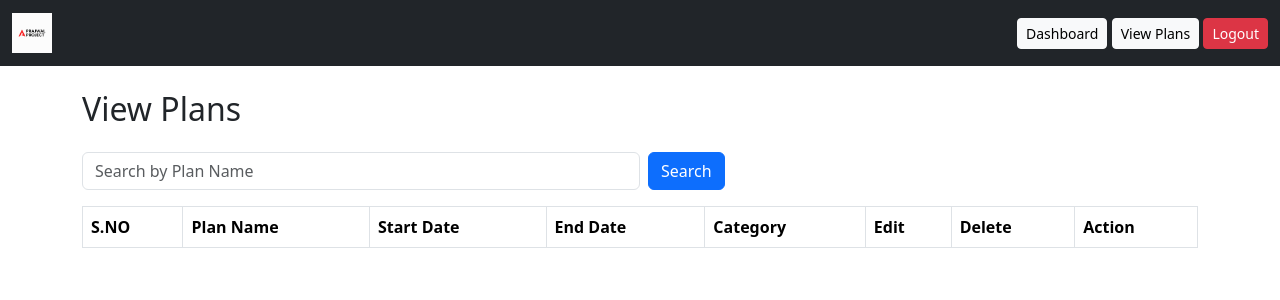
Repository: PRAJWALSINKAR/Spring_boot_Major_Projects
Page: http://localhost/view-plan
The author's editor kept a copy of each file at every save. The page is drawn from the files as they stood at one save, then again after the next save.
The browser window is 1280 px wide. The pictures show the whole page.
The page is this project's Thymeleaf template; nobody is signed in. The template is opened directly, without the code that normally fills it, so the values that code supplies are empty.

Above is the page before, as saved 2025-08-06 18:22:22.

### IES-Integrated_Eligibility_system/src/main/resources/templates/view-plan.html
<!DOCTYPE html>
<html xmlns:th="http://www.thymeleaf.org">
<head>
    <title>View Plans</title>
    <link rel="stylesheet" href="https://cdn.jsdelivr.net/npm/bootstrap@5.3.2/dist/css/bootstrap.min.css"/>
    <style>
        .navbar-custom {
            background-color: #343a40;
        }
        .navbar-brand img {
            height: 40px;
        }
    </style>
</head>
<body>
<nav class="navbar navbar-expand-lg navbar-dark bg-dark">
    <div class="container-fluid">
        <a class="navbar-brand" href="#">
            <img th:src="@{/images/myName-Logo.png}" alt="Logo" width="40" height="40"/>
        </a>
        <div class="ms-auto">
            <a href="/dashboard" class="btn btn-light btn-sm">Dashboard</a>
            <a href="/plan/view" class="btn btn-light btn-sm">View Plans</a>
            <a href="/logout" class="btn btn-danger btn-sm">Logout</a>
        </div>
    </div>
</nav>

<div class="container mt-4">
    <h2 class="mb-4">View Plans</h2>

    <!-- Search -->
    <form method="get" th:action="@{/plan/view}" class="mb-3 d-flex">
        <input type="text" name="name" th:value="${searchName}" class="form-control w-50 me-2" placeholder="Search by Plan Name"/>
        <button type="submit" class="btn btn-primary">Search</button>
    </form>

    <!-- Plan Table -->
    <table class="table table-bordered table-striped">
        <thead>
        <tr>
            <th>S.NO</th>
            <th>Plan Name</th>
            <th>Start Date</th>
            <th>End Date</th>
            <th>Category</th>
            <th>Edit</th>
            <th>Delete</th>
            <th>Action</th>
        </tr>
        </thead>
        <tbody>
        <tr th:each="plan, stat : ${plans}">
            <td th:text="${stat.count}">1</td>
            <td th:text="${plan.planName}">Plan Name</td>

            <td>
                <span th:if="${plan.planStartDate != null}" th:text="${#temporals.format(plan.planStartDate, 'dd-MM-yyyy')}"></span>
                <span th:if="${plan.planStartDate == null}">N/A</span>
            </td>
            <td>
                <span th:if="${plan.planEndDate != null}" th:text="${#temporals.format(plan.planEndDate, 'dd-MM-yyyy')}"></span>
                <span th:if="${plan.planEndDate == null}">N/A</span>
            </td>
            <td th:text="${plan.planCategory}">Category</td>

            <td>
                <a th:href="@{'/plan/edit/' + ${plan.id}}" class="btn btn-primary btn-sm">✏️</a>
            </td>
            <td>
                <a th:href="@{'/plan/delete/' + ${plan.id}}" class="btn btn-danger btn-sm"
                   onclick="return confirm('Are you sure you want to delete this plan?');">🗑</a>
            </td>
            <td>
                <a th:if="${plan.activeSw == 'Y'}" th:href="@{'/plan/toggle-status/' + ${plan.id}}"
                   class="btn btn-danger btn-sm">❌</a>
                <a th:if="${plan.activeSw != 'Y'}" th:href="@{'/plan/toggle-status/' + ${plan.id}}"
                   class="btn btn-success btn-sm">✅</a>
            </td>
        </tr>
        </tbody>
    </table>
</div>
</body>
</html>

After the next save:
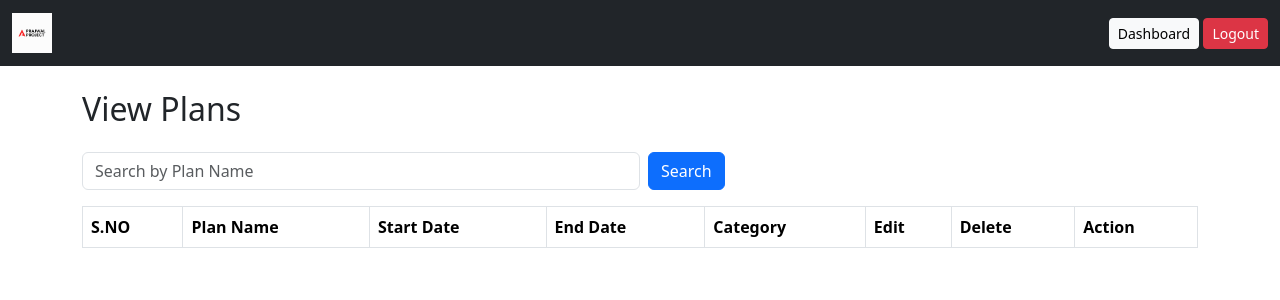
Saved 27 s later.
--- a/IES-Integrated_Eligibility_system/src/main/resources/templates/view-plan.html
+++ b/IES-Integrated_Eligibility_system/src/main/resources/templates/view-plan.html
@@ -20,7 +20,6 @@
         </a>
         <div class="ms-auto">
             <a href="/dashboard" class="btn btn-light btn-sm">Dashboard</a>
-            <a href="/plan/view" class="btn btn-light btn-sm">View Plans</a>
             <a href="/logout" class="btn btn-danger btn-sm">Logout</a>
         </div>
     </div>
